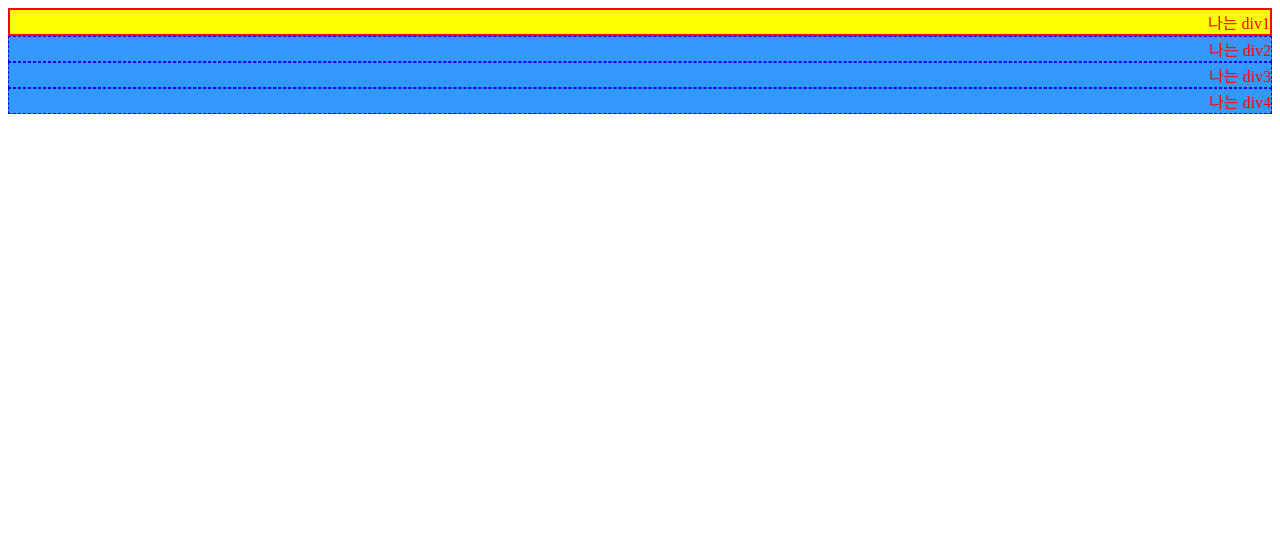
Repository: raccoon304/gugkbi_jsp
Page: HTML5/src/main/webapp/ch01_cssOrder/cssOrder.html
These files come from the project's save history. The page is drawn as it stood at one moment and after the next save; the edit follows.
The browser window is 1280 px wide. The pictures show the whole page.

Above is the page before, as saved 2025-11-13 07:39:57.

### HTML5/src/main/webapp/ch01_cssOrder/cssOrder.html
<!DOCTYPE html>
<html>
<head>
<meta charset="UTF-8">
<title>CSS(Cascading Style Sheets)의 우선순위에 대해서 알아본다.</title>

<style type="text/css">
	/* css주석문 */
	/*
		===== CSS(Cascading Style Sheets)의 우선순위 =====
		해당 태그에 직접준것(인라인방식) > HTML 파일에서 준 style태그(임배디드방식)
	*/
	div{
		border: dashed 1px blue; /* 테두리 : 점선 두께 1px 파랑색 */
		background-color: #3399ff; 	/* 배경색 : 하늘색*/
		color: red;					/* 글자색 : 빨간색 */
		font-style: normal;			/* 폰트모양 : 정자 */
		text-align: right;			/* 글자정렬 */
	}

</style>

</head>
<body>
	<!--  HTML 주석문  -->
	<div style ="border: solid 2px red; background-color: yellow;">나는 div1</div>
	<div>나는 div2</div>
	<div>나는 div3</div>
	<div>나는 div4</div>
</body>
</html>

After the next save:
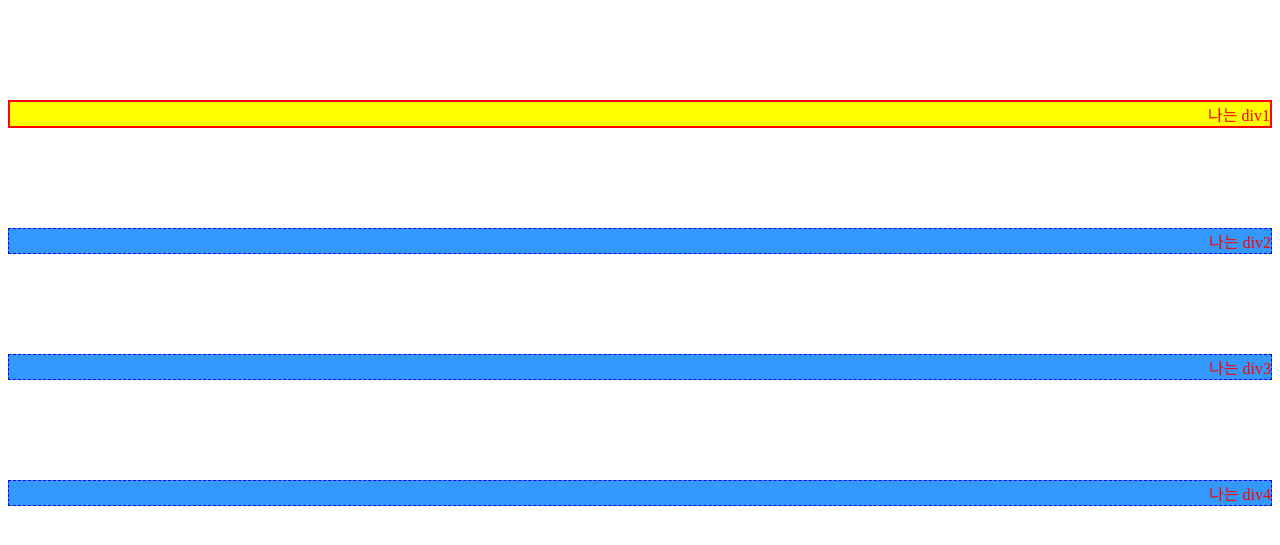
Saved 51 s later.
--- a/HTML5/src/main/webapp/ch01_cssOrder/cssOrder.html
+++ b/HTML5/src/main/webapp/ch01_cssOrder/cssOrder.html
@@ -16,6 +16,7 @@
 		color: red;					/* 글자색 : 빨간색 */
 		font-style: normal;			/* 폰트모양 : 정자 */
 		text-align: right;			/* 글자정렬 */
+		margin: 100px 0;
 	}
 
 </style>
